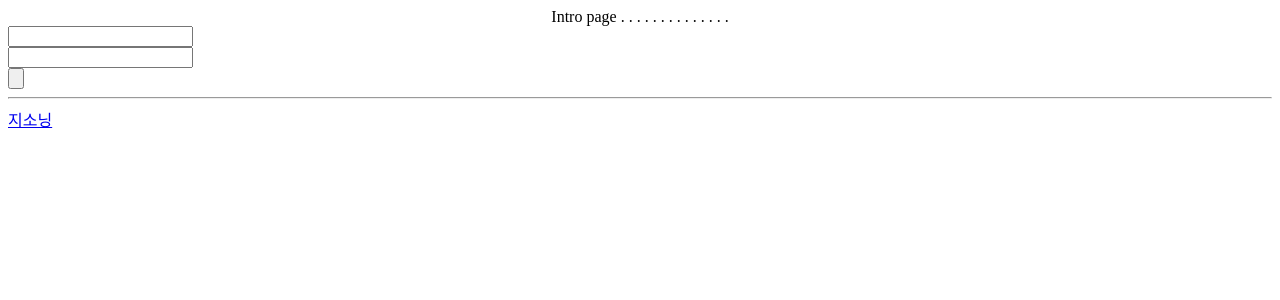
Repository: carolsim/NewWorldJavaStudy
Page: http://localhost/mvcWeb/main.jsp
The author's editor kept a copy of each file at every save. The page is drawn from the files as they stood at one save, then again after the next save.
The browser window is 1280 px wide. The pictures show the whole page.
The page is served by Tomcat 9. Other server files are loaded and not shown.

Above is the page before, as saved 2019-07-10 03:06:54.

### mvcWeb/webapp/main.jsp
<%@ page language="java" contentType="text/html; charset=UTF-8"
    pageEncoding="UTF-8"%>
<!DOCTYPE html>
<html>
<head>
<meta charset="UTF-8">
<title>Insert title here</title>
</head>
<body>
	<div align="center">Intro page . . . . . .  . . . . . . . .</div>
	<form method="post" action="./test.do">
		<input type="text" name="" id=""><br/>
		<input type="text" name="" id=""><br/>
		<input type="submit" value=""/><br/>
	</form>
	<hr/>
	<a href="./test.do?id=jssim&pwd=jssim">지소닝</a>
</body>
</html>

After the next save:
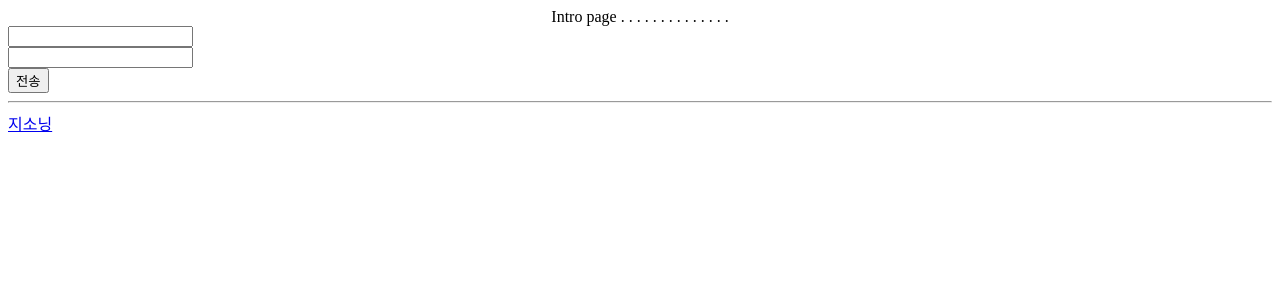
Saved 82 s later.
--- a/mvcWeb/webapp/main.jsp
+++ b/mvcWeb/webapp/main.jsp
@@ -9,9 +9,9 @@
 <body>
 	<div align="center">Intro page . . . . . .  . . . . . . . .</div>
 	<form method="post" action="./test.do">
-		<input type="text" name="" id=""><br/>
-		<input type="text" name="" id=""><br/>
-		<input type="submit" value=""/><br/>
+		<input type="text" name="id" id="id"><br/>
+		<input type="text" name="pwd" id="pwd"><br/>
+		<input type="submit" value="전송"/><br/>
 	</form>
 	<hr/>
 	<a href="./test.do?id=jssim&pwd=jssim">지소닝</a>
